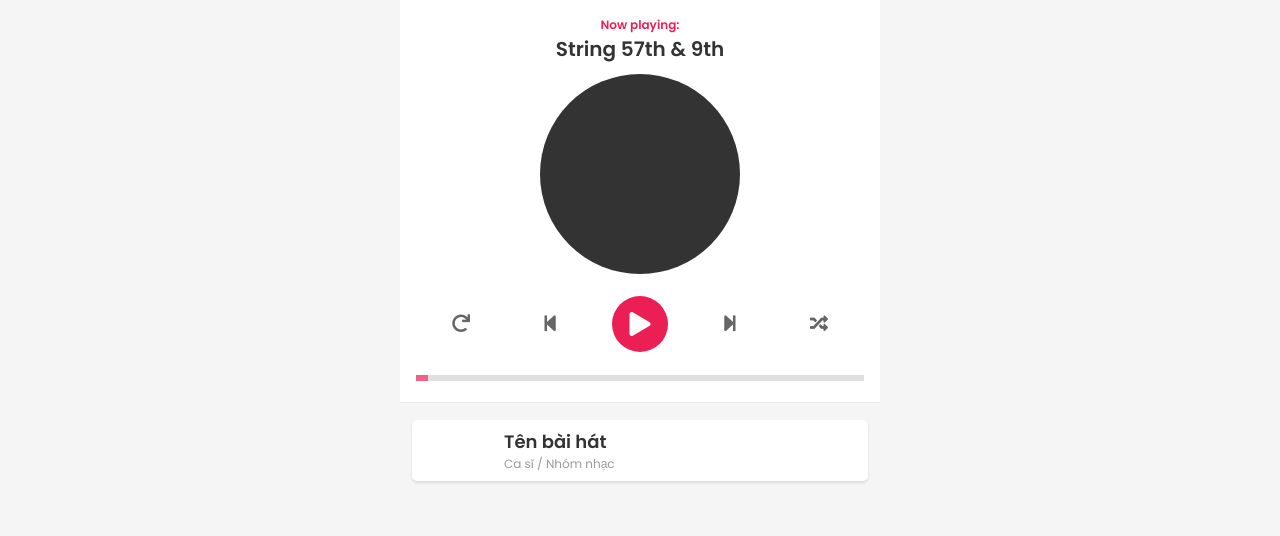
Repository: ChiNg22nd04/MusicPlayer
Page: index.html
An editor plug-in stored every save of this project. The page is shown before and after the next save, followed by the edit.
The browser window is 1280 px wide. The pictures show the whole page.

Above is the page before, as saved 2023-12-26 17:04:05.

### index.html
<!DOCTYPE html>
<html lang="en">
<head>
    <meta charset="UTF-8">
    <meta name="viewport" content="width=device-width, initial-scale=1.0">
    <title>Music player</title>
    <link rel="stylesheet" href="https://cdnjs.cloudflare.com/ajax/libs/font-awesome/5.15.2/css/all.min.css" integrity="sha512-HK5fgLBL+xu6dm/Ii3z4xhlSUyZgTT9tuc/hSrtw6uzJOvgRr2a9jyxxT1ely+B+xFAmJKVSTbpM/CuL7qxO8w==" crossorigin="anonymous" />
    <link rel="preconnect" href="https://fonts.gstatic.com">
    <link href="https://fonts.googleapis.com/css2?family=Poppins:wght@300;400;600&display=swap" rel="stylesheet">
    <link rel="stylesheet" href="./assets/css/style.css">
</head>
<body>


<div class="player">
  <!-- Dashboard -->
  <div class="dashboard">
    <!-- Header -->
    <header>
      <h4>Now playing:</h4>
      <h2>String 57th & 9th</h2>
    </header>

    <!-- CD -->
    <div class="cd">
      <div class="cd-thumb">
      </div>
    </div>

    <!-- Control -->
    <div class="control">
      <div class="btn btn-repeat">
        <i class="fas fa-redo"></i>
      </div>
      <div class="btn btn-prev">
        <i class="fas fa-step-backward"></i>
      </div>
      <div class="btn btn-toggle-play">
        <i classa="fas fa-pause icon-pause"></i>
        <i class="fas fa-play icon-play"></i>
      </div>
      <div class="btn btn-next">
        <i class="fas fa-step-forward"></i>
      </div>
      <div class="btn btn-random">
        <i class="fas fa-random"></i>
      </div>
    </div>

    <input id="progress" class="progress" type="range" value="0" step="1" min="0" max="100">

    <audio id="audio" src=""></audio>
  </div>

  <!-- Playlist -->
  <div class="playlist">
    <div class="song">
      <div class="thumb"
        style="background-image: url('');">
      </div>
      <div class="body">
        <h3 class="title">Tên bài hát</h3>
        <p class="author">Ca sĩ / Nhóm nhạc</p>
      </div>
      <div class="option"></div>
    </div>
  </div>
</div>
<script src="./main.js"></script>
<!-- Design from: https://static.collectui.com/shots/3671744/musicloud-revolutionary-app-for-music-streaming-large -->
</body>
</html>

### assets/css/style.css
:root {
    --primary-color: #ec1f55;
    --text-color: #333;
  }

  * {
    padding: 0;
    margin: 0;
    box-sizing: inherit;
  }

  body {
    background-color: #f5f5f5;
  }

  html {
    box-sizing: border-box;
    font-family: "Poppins", sans-serif;
  }

  .player {
    position: relative;
    max-width: 480px;
    margin: 0 auto;
  }

  .player .icon-pause {
    display: none;
  }

  .player.playing .icon-pause {
    display: inline-block;
  }

  .player.playing .icon-play {
    display: none;
  }

  .dashboard {
    padding: 16px 16px 14px;
    background-color: #fff;
    position: fixed;
    top: 0;
    width: 100%;
    max-width: 480px;
    border-bottom: 1px solid #ebebeb;
  }

  /* HEADER */
  header {
    text-align: center;
    margin-bottom: 10px;
  }

  header h4 {
    color: var(--primary-color);
    font-size: 12px;
  }

  header h2 {
    color: var(--text-color);
    font-size: 20px;
  }

  /* CD */
  .cd {
    display: flex;
    margin: auto;
    width: 200px;
  }

  .cd-thumb {
    width: 100%;
    padding-top: 100%;
    border-radius: 50%;
    background-color: #333;
    background-size: cover;
    margin: auto;
  }

  /* CONTROL */
  .control {
    display: flex;
    align-items: center;
    justify-content: space-around;
    padding: 18px 0 8px 0;
  }

  .control .btn {
    color: #666;
    padding: 18px;
    font-size: 18px;
  }

  .control .btn.active {
    color: var(--primary-color);
  }

  .control .btn-toggle-play {
    width: 56px;
    height: 56px;
    border-radius: 50%;
    font-size: 24px;
    color: #fff;
    display: flex;
    align-items: center;
    justify-content: center;
    background-color: var(--primary-color);
  }

  .progress {
    width: 100%;
    -webkit-appearance: none;
    height: 6px;
    background: #d3d3d3;
    outline: none;
    opacity: 0.7;
    -webkit-transition: 0.2s;
    transition: opacity 0.2s;
  }

  .progress::-webkit-slider-thumb {
    -webkit-appearance: none;
    appearance: none;
    width: 12px;
    height: 6px;
    background-color: var(--primary-color);
    cursor: pointer;
  }

  /* PLAYLIST */
  .playlist {
    margin-top: 408px;
    padding: 12px;
  }

  .song {
    display: flex;
    align-items: center;
    margin-bottom: 12px;
    background-color: #fff;
    padding: 8px 16px;
    border-radius: 5px;
    box-shadow: 0 2px 3px rgba(0, 0, 0, 0.1);
  }

  .song.active {
    background-color: var(--primary-color);
  }

  .song:active {
    opacity: 0.8;
  }

  .song.active .option,
  .song.active .author,
  .song.active .title {
    color: #fff;
  }

  .song .thumb {
    width: 44px;
    height: 44px;
    border-radius: 50%;
    background-size: cover;
    margin: 0 8px;
  }

  .song .body {
    flex: 1;
    padding: 0 16px;
  }

  .song .title {
    font-size: 18px;
    color: var(--text-color);
  }

  .song .author {
    font-size: 12px;
    color: #999;
  }

  .song .option {
    padding: 16px 8px;
    color: #999;
    font-size: 18px;
  }

### main.js
//! List bài hát
const app = {
    song: [
        {
            name: 'Chịu Cách Mình Nói Thua',
            singer: 'RHYDER | ft. BAN x COOLKID ',
            path: './assets/music/ChiuCachMinhNoiThua-RHYDERCoolkidBAN-12449134.mp3',
            img:'./assets/img/ccmnt.jpeg',
        },
        {
            name: 'Chỉ Một Đêm Nữa Thôi',
            singer: 'RPT MCK, TLinh',
            path: './assets/music/ChiMotDemNuaThoi-MCK-8804087.mp3',
            img: './assets/img/cmdnt.jpeg',
        },
        {
            name: 'Thôi Em Đừng Đi',
            singer: 'RPT MCK ( ft. Trung Trần )',
            path: './assets/music/ThoiEmDungDi-MCK-8804088.mp3',
            img: './assets/img/tedd.jpeg',
        },
        {
            name: 'MUỐN ĐƯỢC CÙNG EM',
            singer: 'FREAKY x CM1X (ft. QUỲNH GAI)',
            path: './assets/music/MuonDuocCungEm-Freaky-6792500.mp3',
            img: './assets/img/mdce.jpeg',
        },
    ],
}
const $ = document.querySelector.bind(document);
const $$ = document.querySelectorAll.bind(document);

After the next save:
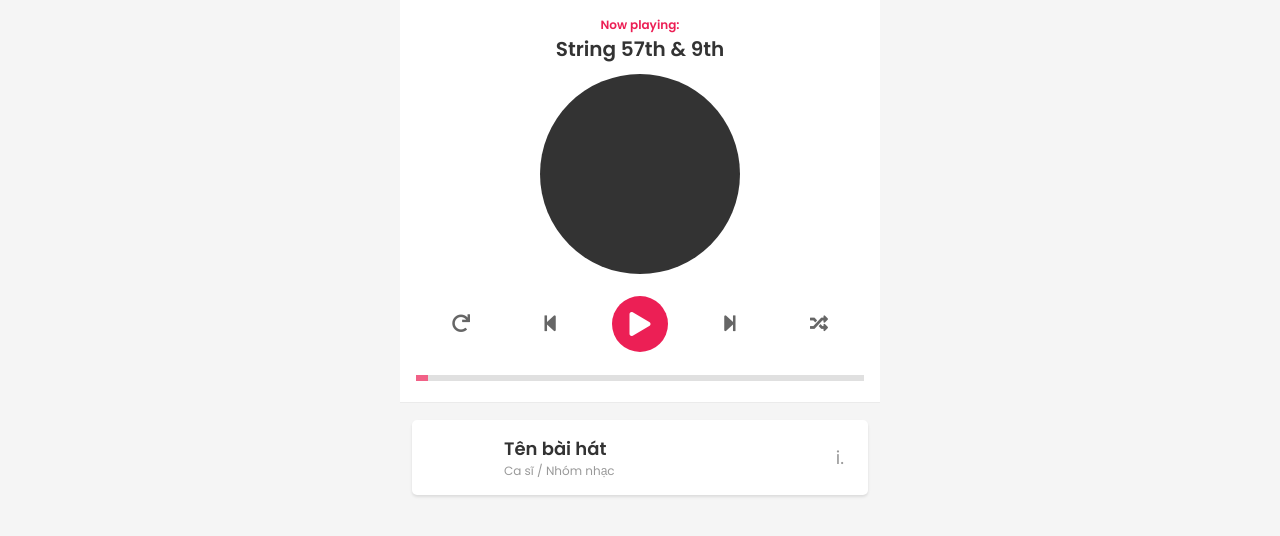
Saved 7 s later.
--- a/index.html
+++ b/index.html
@@ -62,7 +62,9 @@
         <h3 class="title">Tên bài hát</h3>
         <p class="author">Ca sĩ / Nhóm nhạc</p>
       </div>
-      <div class="option"></div>
+      <div class="option">
+        i.
+      </div>
     </div>
   </div>
 </div>
